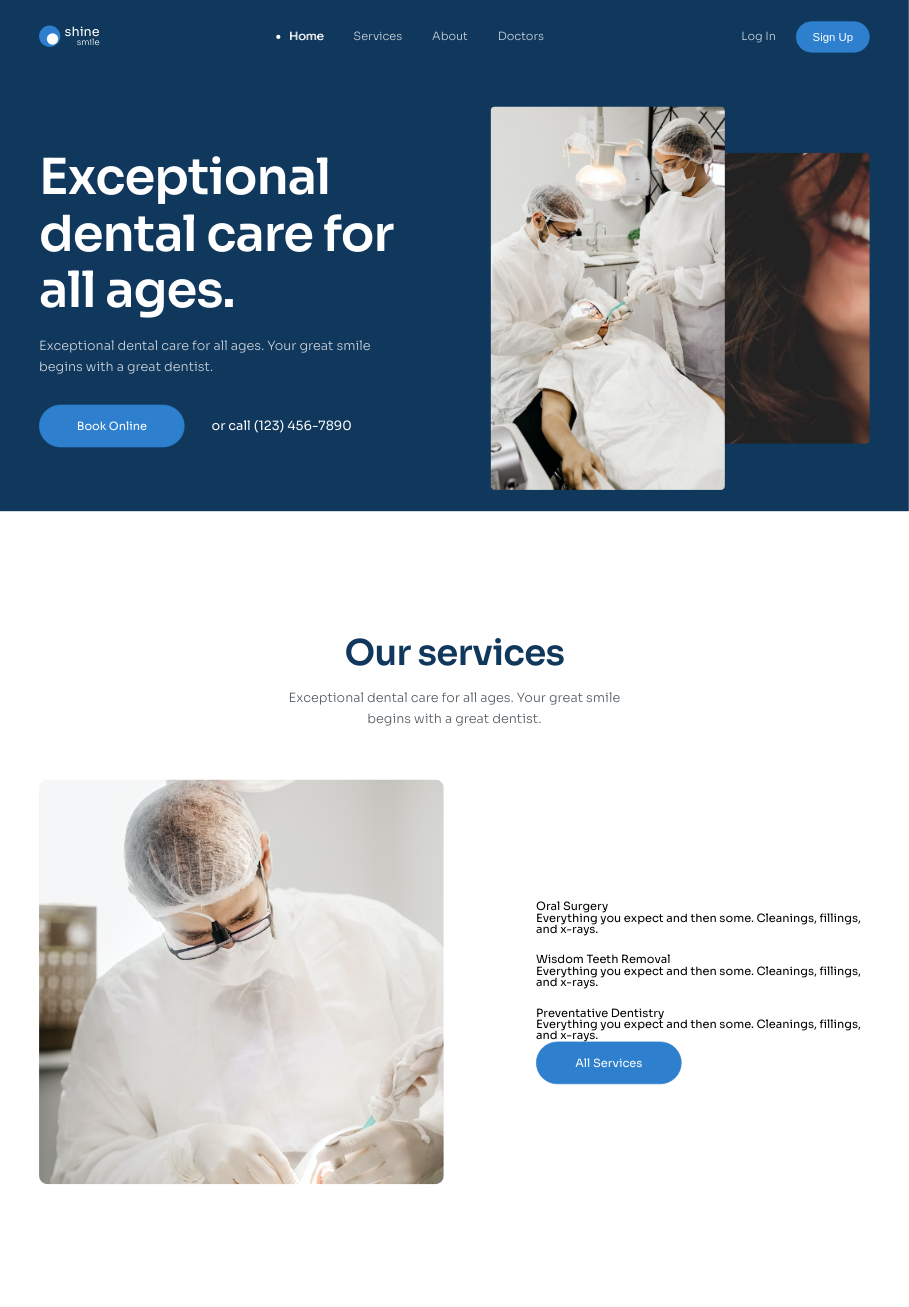
Repository: anhtien111198/f8-htmlcss-03
Page: index.html
An editor plug-in stored every save of this project. The page is shown before and after the next save, followed by the edit.
The browser window is 1280 px wide. The pictures show the whole page, at 71% of full size.

Above is the page before, as saved 2023-05-12 16:54:34.

After the next save:
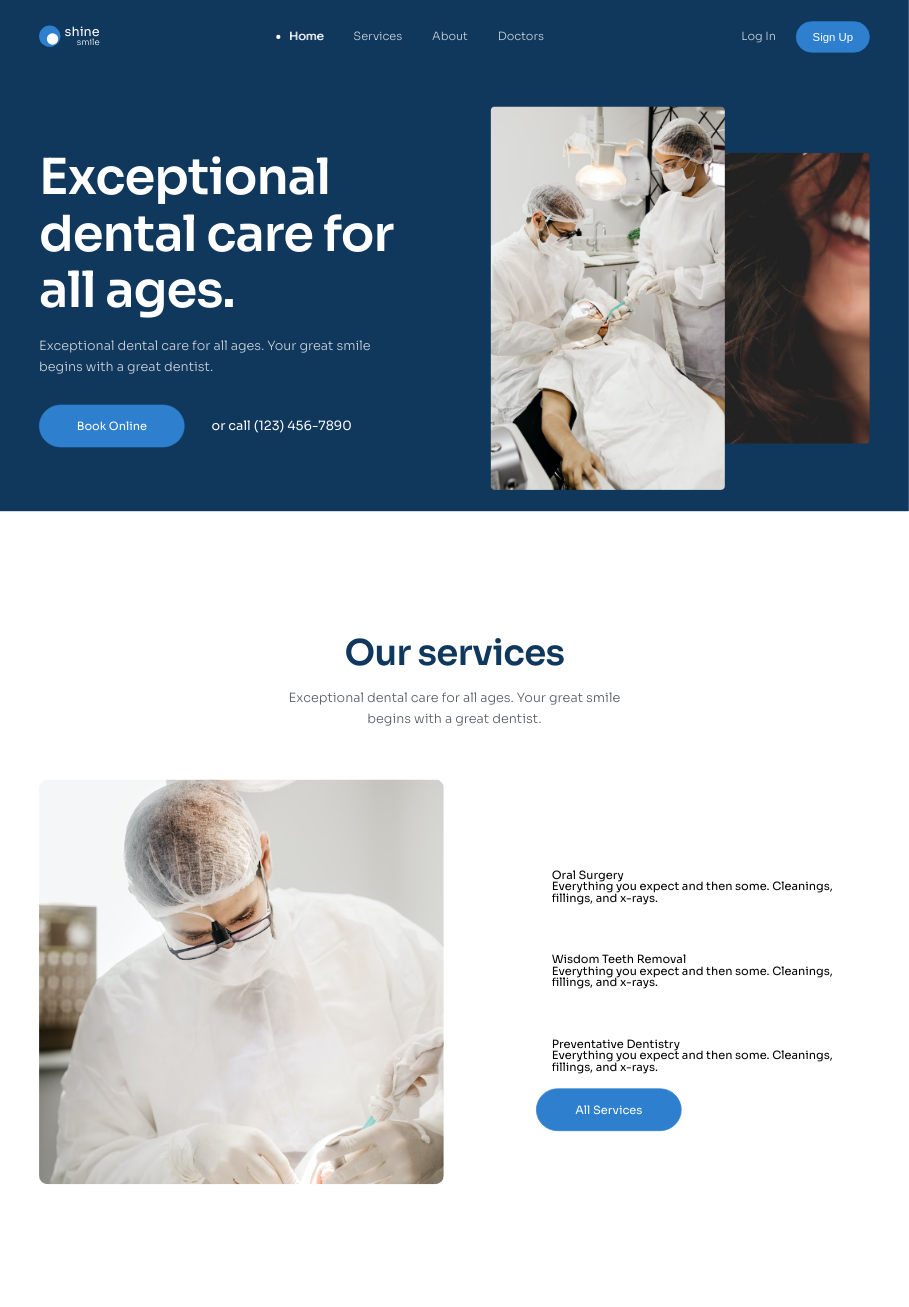
Saved 38 s later.
--- a/assets/css/style.css
+++ b/assets/css/style.css
@@ -226,6 +226,7 @@ a {
 }
 .service-item {
     width: 470px;
+    padding: 22px;
     background: #ffffff;
     border-radius: 10px;
 }
